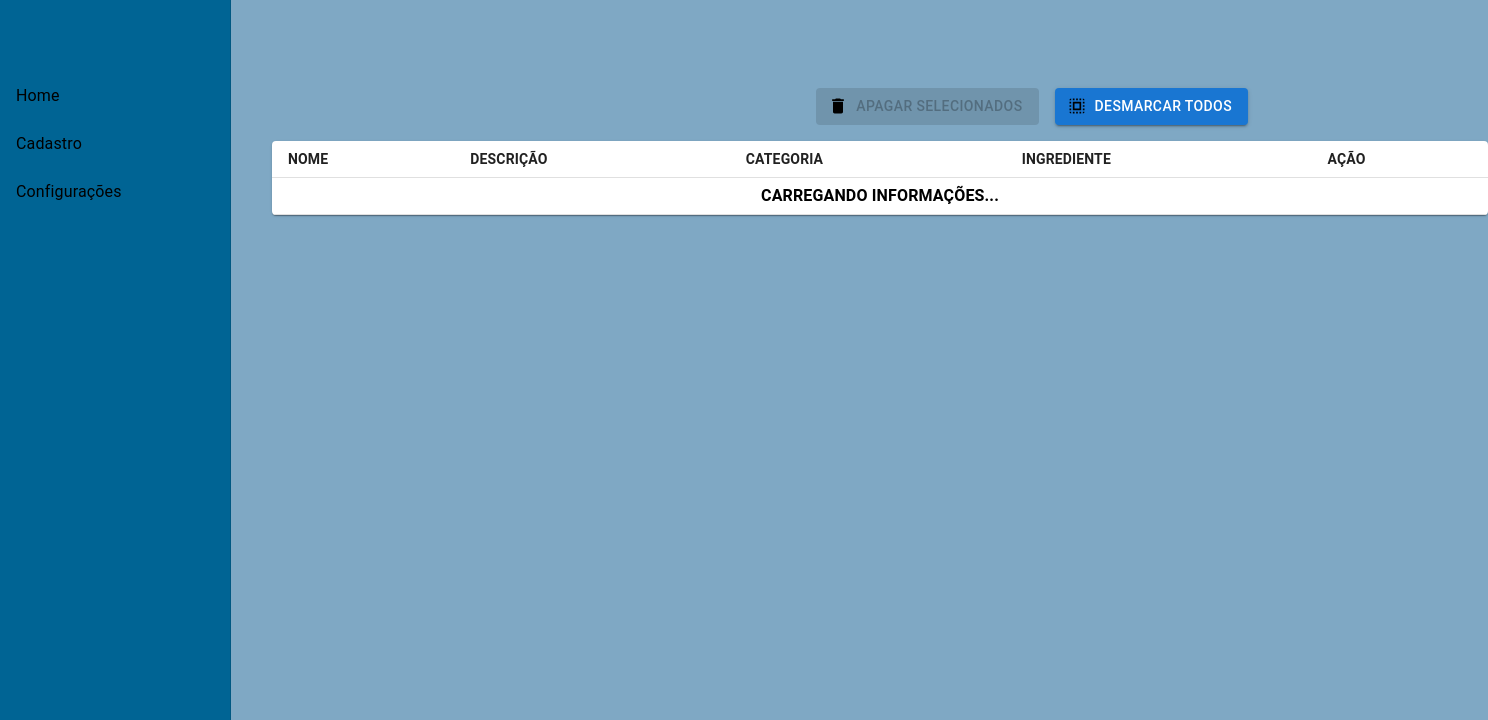
Repository: oZanella/projeto_windel_web_CRM
Page: /
An editor plug-in stored every save of this project. The page is shown before and after the next save, followed by the edit.
The browser window is 1280 px wide. The page is 1488 px wide, then 1280 px, so the pictures cover 1488 px, including what lies to the right of the window. The pictures show the whole page.
The page's requests for data from a server got no answer. The project was rebuilt for these pictures with package versions that can differ from the ones it lists, and the page was loaded fresh each time. No one was signed in, and anything a server would have sent is missing. Also part of the build but not shown: vite.config.js, src/routes/Configuracoes.jsx. Imported but missing from the stored project, and not drawn on this page: src/routes/Cadastro.jsx.

Above is the page before, as saved 2024-08-19 08:46:35.

After the next save:
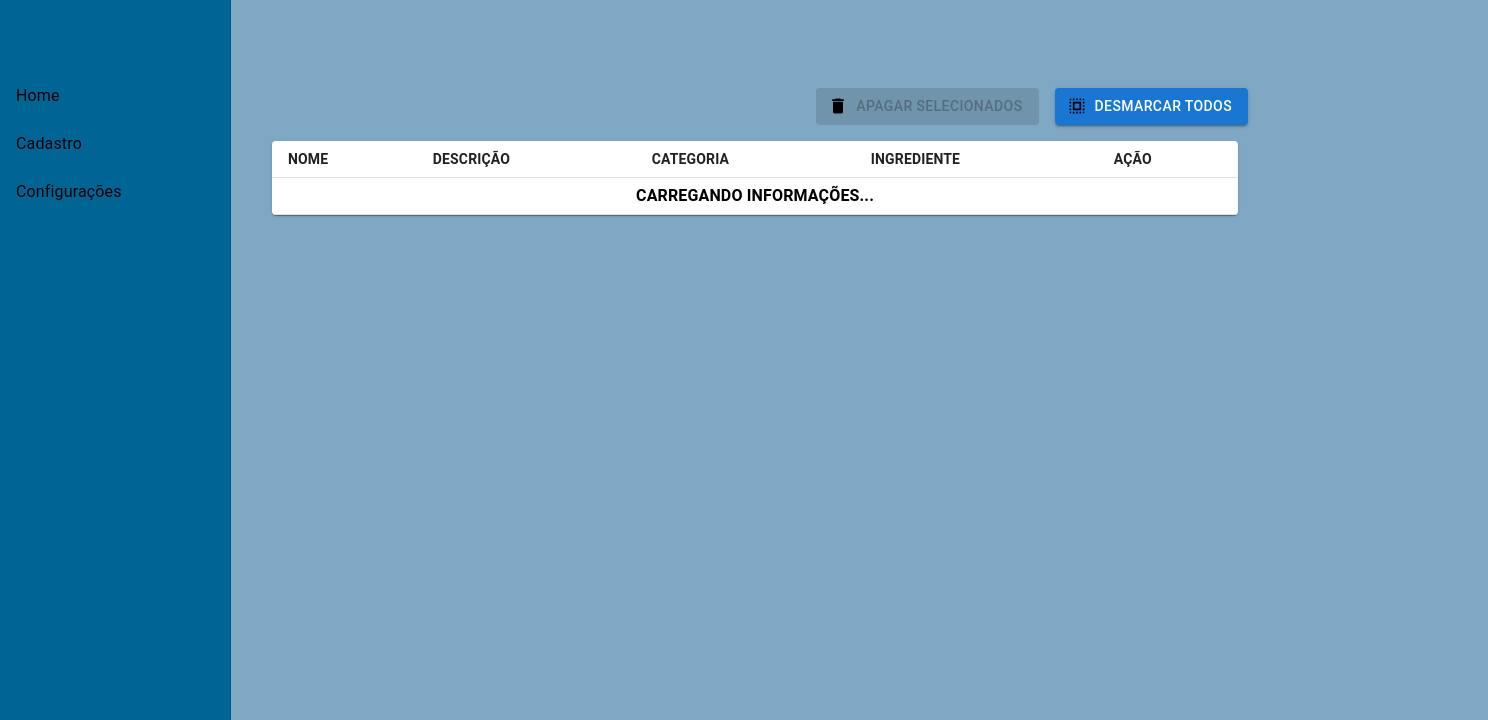
Saved 4 s later.
--- a/src/components/TableHome.jsx
+++ b/src/components/TableHome.jsx
@@ -119,7 +119,7 @@ export const CardDados = ({
       </Box>
 
       {/* Tabela aonde aparece os dados */}
-      <TableContainer component={Paper} sx={{ overflowX: 'auto', width: { xs: '100%', sm: 'calc(100% - px)' }, ml: { sm: '240px' } }}>
+      <TableContainer component={Paper} sx={{ overflowX: 'auto', width: { xs: '100%', sm: 'calc(100% - 250px)' }, ml: { sm: '240px' } }}>
         <Table size='small'>
           <TableHead>
             <TableRow>
